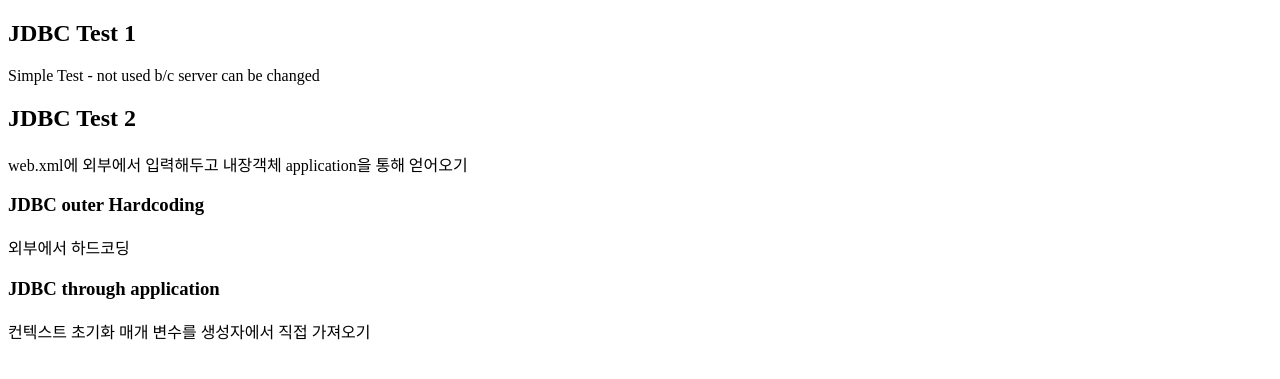
Repository: Jadedvst/Java_JSP-Servlet
Page: http://localhost/MustHaveJSP/05JDBC/ConnectionTest.jsp
An editor plug-in stored every save of this project. The page is shown before and after the next save, followed by the edit.
The browser window is 1280 px wide. The pictures show the whole page.
The page is served by Tomcat 10.

Above is the page before, as saved 2023-12-13 06:59:40.

After the next save:
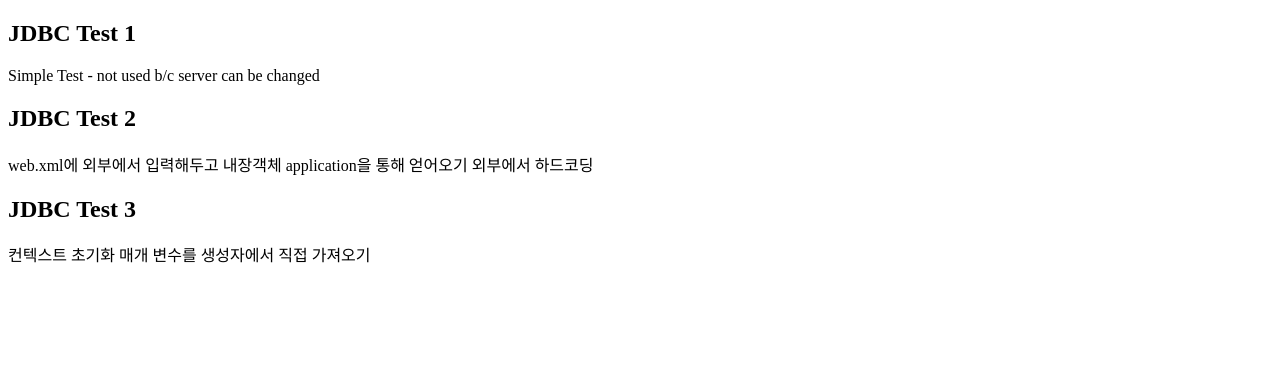
Saved 58 s later.
--- a/MustHaveJSP/src/main/webapp/05JDBC/ConnectionTest.jsp
+++ b/MustHaveJSP/src/main/webapp/05JDBC/ConnectionTest.jsp
@@ -17,7 +17,6 @@
 
 	<h2>JDBC Test 2</h2>
 	web.xml에 외부에서 입력해두고 내장객체 application을 통해 얻어오기
-	<h3>JDBC outer Hardcoding</h3>
 	외부에서 하드코딩
 	<%
 	String driver = application.getInitParameter("MySQLDriver");
@@ -29,7 +28,7 @@
 	j2.close();
 	%>
 
-	<h3>JDBC through application</h3>
+	<h2>JDBC Test 3</h2>
 	컨텍스트 초기화 매개 변수를 생성자에서 직접 가져오기
 	<%
 	JDBConnect j3 = new JDBConnect(application);
